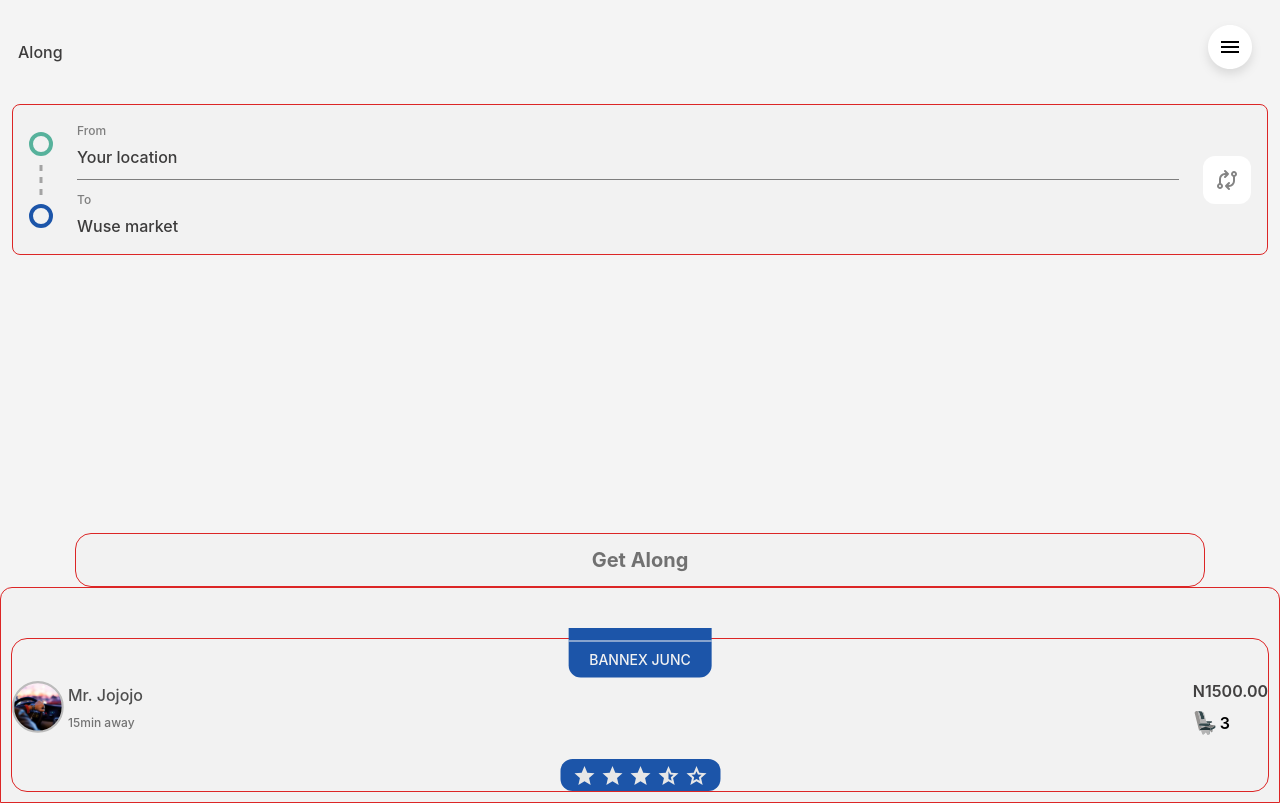
Repository: TeamAlong/Along-App
Page: /, after clicking the first element matching `button.w-\[90\%\]`
The author's editor kept a copy of each file at every save. The page is drawn from the files as they stood at one save, then again after the next save.
The browser window is 1280 px wide. The pictures show the whole page.
The project was rebuilt for these pictures with package versions that can differ from the ones it lists, and the page was loaded fresh each time. The framework's server and built-in components were replaced by stand-ins that run in the browser. Also part of the build but not shown: next.config.mjs.

Above is the page before, as saved 2024-02-26 22:19:49.

### src/pages/index.js
import { useState } from "react";
import Layout from "@/components/Layout";
import Image from "next/image";
import { useUi } from "@/context/UiContext/uiContext";
import Circles from "../../public/assets/loc-circles.svg";
import Rout from "../../public/assets/route-icon.svg";

export default function Home() {
  const { setShowSpin } = useUi();

  const handleGetAlongClick = () => {
    setShowSpin(false); // Hide the spin and show drivers preview
  };
  return (
    <Layout>
      <main className=" px-3 flex flex-col gap-[278px]">
        <section className="w-full flex items-center gap-6 px-4 py-[18px] rounded-lg bg-[#F2F2F2] border border-red-600">
          <Image src={Circles} alt="" />

          <div className="w-full flex flex-col">
            <div className="flex flex-col gap-2 items-start border-b border-[#7E7E7E] pb-3">
              <p className="text-xs text-[#7E7E7E]">From</p>
              <input
                className="w-full h-full bg-transparent border-none outline-none"
                type="text"
                placeholder="Your location"
              />
            </div>

            <div className="flex flex-col gap-2 items-start pt-3 ">
              <p className="text-xs text-[#7E7E7E]">To</p>
              <input
                className="w-full h-full bg-transparent border-none outline-none"
                type="text"
                placeholder="Wuse market"
              />
            </div>
          </div>

          <Image src={Rout} alt="" />
        </section>

        <button
          className="w-[90%] self-center bg-[#F2F2F2] py-3 px-4 rounded-2xl text-xl text-[#717171] font-bold border border-red-600"
          onClick={handleGetAlongClick}
        >
          Get Along
        </button>
      </main>
    </Layout>
  );
}

### src/context/UiContext/uiContext.js
import React, { createContext, useContext, useState } from "react";

const UiContext = createContext();

export const useUi = () => useContext(UiContext);

export const UiProvider = ({ children }) => {
  const [showSpin, setShowSpin] = useState(true);

  return (
    <UiContext.Provider value={{ showSpin, setShowSpin }}>
      {children}
    </UiContext.Provider>
  );
};

### src/components/Layout.js
import Head from "next/head";
import Footer from "./Footer";
import Navbar from "./Navbar";

export default function Layout({ title, keywords, description, children }) {
  return (
    <div className="flex flex-col min-h-screen">
      <Head>
        <title>{title}</title>
        <meta name="description" content={description} />
        <meta name="keywords" content={keywords} />
        <meta charSet="utf-8" />
      </Head>
      <Navbar />

      <div className="flex-grow">{children}</div>

      <Footer />
    </div>
  );
}

Layout.defaultProps = {
  title: "Along app",
  description: "Along App",
  keywords: "Along App",
};

### src/components/Footer.js
import Image from "next/image";
import { useUi } from "@/context/UiContext/uiContext";
import DriversPreview from "./user/drivers-preview";
import Spin from "../../public/assets/spin-board.svg";

export default function Footer() {
  const { showSpin } = useUi();
  return (
    <footer className="w-full bg-[#F2F2F2] rounded-tl-[12px] rounded-tr-[12px] overflow-y-auto border border-red-600 z-50 pt-10">
      {showSpin ? (
        <div className="flex flex-col gap-2.5 items-center pt-4">
          <h3 className="text-xl font-semibold">CLICK AND SPIN TO WIN</h3>
          <Image src={Spin} alt="" />
        </div>
      ) : (
        <DriversPreview />
      )}
    </footer>
  );
}

### src/components/Navbar.js
import Image from "next/image";
import Menu from "../../public/assets/hamburger.svg";

export default function Navbar() {
  return (
    <nav className="flex items-center justify-between py-5 px-[18px]">
        <h1>Along</h1>
        <Image src={Menu} alt="hamburger menu"/>
    </nav>
  )
}

### src/components/user/drivers-preview.js
import Image from "next/image";
import Stars from "../../../public/assets/review.svg";
import Driver from "../../../public/assets/driver-img.svg";
import Seat from "../../../public/assets/seat.svg";
import Car from "../../../public/assets/car.svg";

export default function DriversPreview() {
  return (
    <main className="w-full flex flex-col gap-11 p-2.5 overflow-y-scroll">
      <section className=" relative flex flex-col gap-6 pt-10 rounded-2xl bg-[#F2F2F2] border border-red-600">
        <div className="absolute top-0 left-1/2 -translate-x-1/2 -translate-y-1/2 flex flex-col items-center bg-[#1C55A9] rounded-xl z-[10000]">
          <div className="flex items-center gap-2 px-4 py-2 border-b border-[#F2F2F2]">
            <Image src={Car} alt="car icon" />
            <p className="text-sm text-[#F2F2F2]">AB 234 65F</p>
          </div>

          <div className="text-sm text-[#F2F2F2] px-4 py-2">
            <p>BANNEX JUNC</p>
          </div>
        </div>
        <div className="w-full flex items-center justify-between">
          <div className="flex items-center gap-1">
            <div className="w-[52px] h-[52px] rounded-[52px]">
              <Image
                src={Driver}
                alt="driver photo"
                className="w-full h-full object-cover"
              />
            </div>
            <div className="flex flex-col gap-2">
              <h4 className="text-[#4E4E4E]">Mr. Jojojo</h4>
              <p className="text-[#737373] text-xs">15min away</p>
            </div>
          </div>

          <div className="flex flex-col gap-2">
            <h4 className="text-[#424141] font-semibold">N1500.00</h4>
            <div className="flex items-center gap-[3px] text-black font-semibold">
              <Image src={Seat} alt="seat icon" />
              <p>3</p>
            </div>
          </div>
        </div>
        <div className="self-center">
          <Image src={Stars} alt="" />
        </div>
      </section>
    </main>
  );
}

Loaded but not shown: src/pages/_app.js (common file); src/pages/_document.js (common file); src/styles/globals.css (common file); tailwind.config.js (common file)

After the next save:
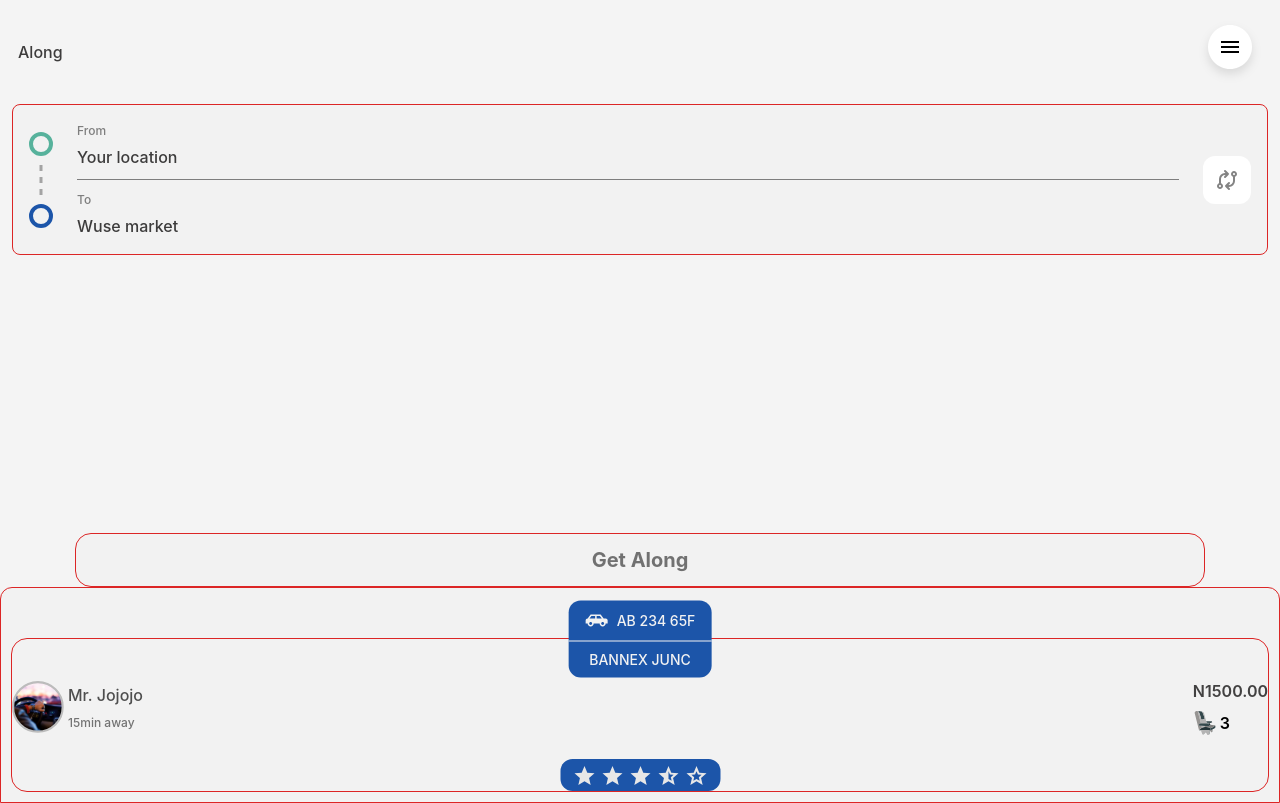
Saved 18 s later.
--- a/src/components/user/drivers-preview.js
+++ b/src/components/user/drivers-preview.js
@@ -6,7 +6,7 @@
 
 export default function DriversPreview() {
   return (
-    <main className="w-full flex flex-col gap-11 p-2.5 overflow-y-scroll">
+    <main className="w-full flex flex-col gap-11 p-2.5 ">
       <section className=" relative flex flex-col gap-6 pt-10 rounded-2xl bg-[#F2F2F2] border border-red-600">
         <div className="absolute top-0 left-1/2 -translate-x-1/2 -translate-y-1/2 flex flex-col items-center bg-[#1C55A9] rounded-xl z-[10000]">
           <div className="flex items-center gap-2 px-4 py-2 border-b border-[#F2F2F2]">

After the 3 saves that followed:
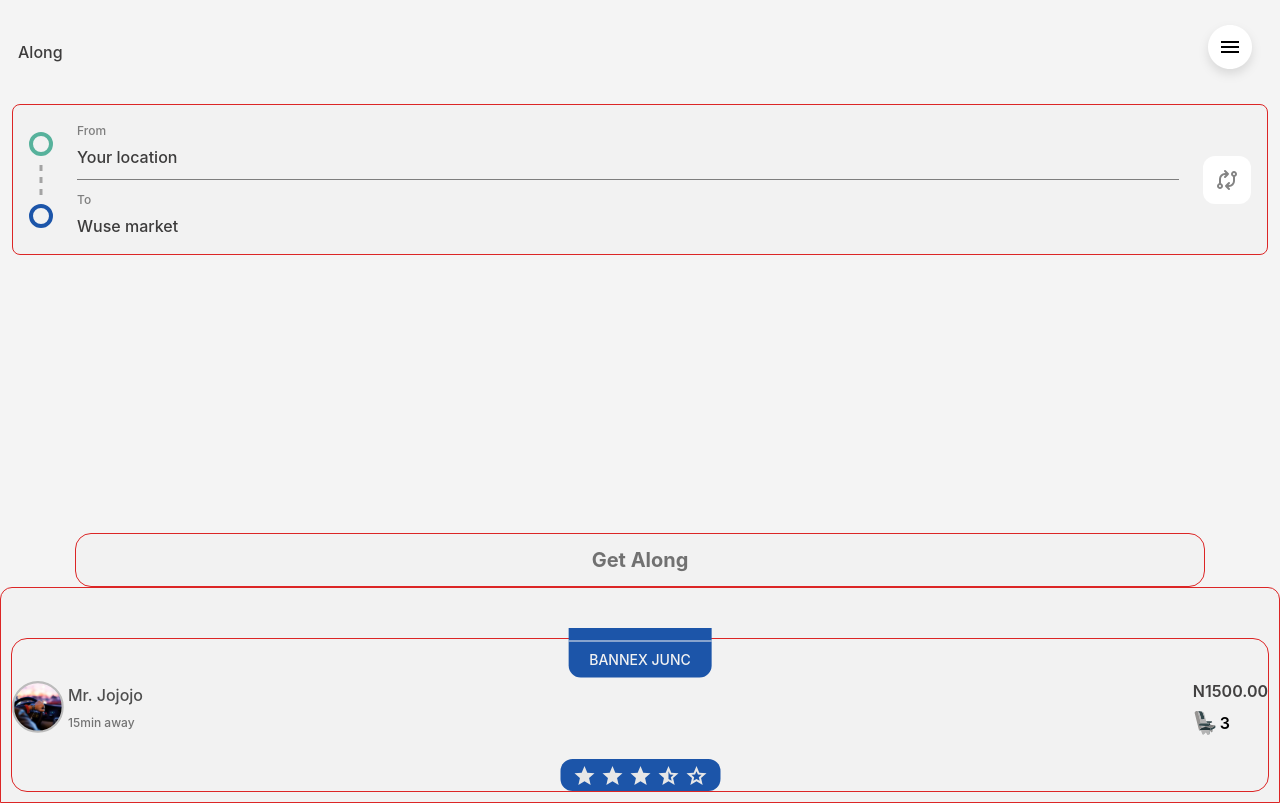
The 3 saves are shown as one change because 2 left the picture as it was.
The last was saved 36 s later.
--- a/src/components/Footer.js
+++ b/src/components/Footer.js
@@ -6,7 +6,7 @@ import Spin from "../../public/assets/spin-board.svg";
 export default function Footer() {
   const { showSpin } = useUi();
   return (
-    <footer className="w-full bg-[#F2F2F2] rounded-tl-[12px] rounded-tr-[12px] overflow-y-auto border border-red-600 z-50 pt-10">
+    <footer className="w-full bg-[#F2F2F2] rounded-tl-[12px] rounded-tr-[12px] overflow-y-auto border border-red-600 z-50 pt-10 ">
       {showSpin ? (
         <div className="flex flex-col gap-2.5 items-center pt-4">
           <h3 className="text-xl font-semibold">CLICK AND SPIN TO WIN</h3>
--- a/src/components/user/drivers-preview.js
+++ b/src/components/user/drivers-preview.js
@@ -6,7 +6,7 @@
 
 export default function DriversPreview() {
   return (
-    <main className="w-full flex flex-col gap-11 p-2.5 ">
+    <main className="w-full flex flex-col gap-11 p-2.5 overflow-y-scroll">
       <section className=" relative flex flex-col gap-6 pt-10 rounded-2xl bg-[#F2F2F2] border border-red-600">
         <div className="absolute top-0 left-1/2 -translate-x-1/2 -translate-y-1/2 flex flex-col items-center bg-[#1C55A9] rounded-xl z-[10000]">
           <div className="flex items-center gap-2 px-4 py-2 border-b border-[#F2F2F2]">
